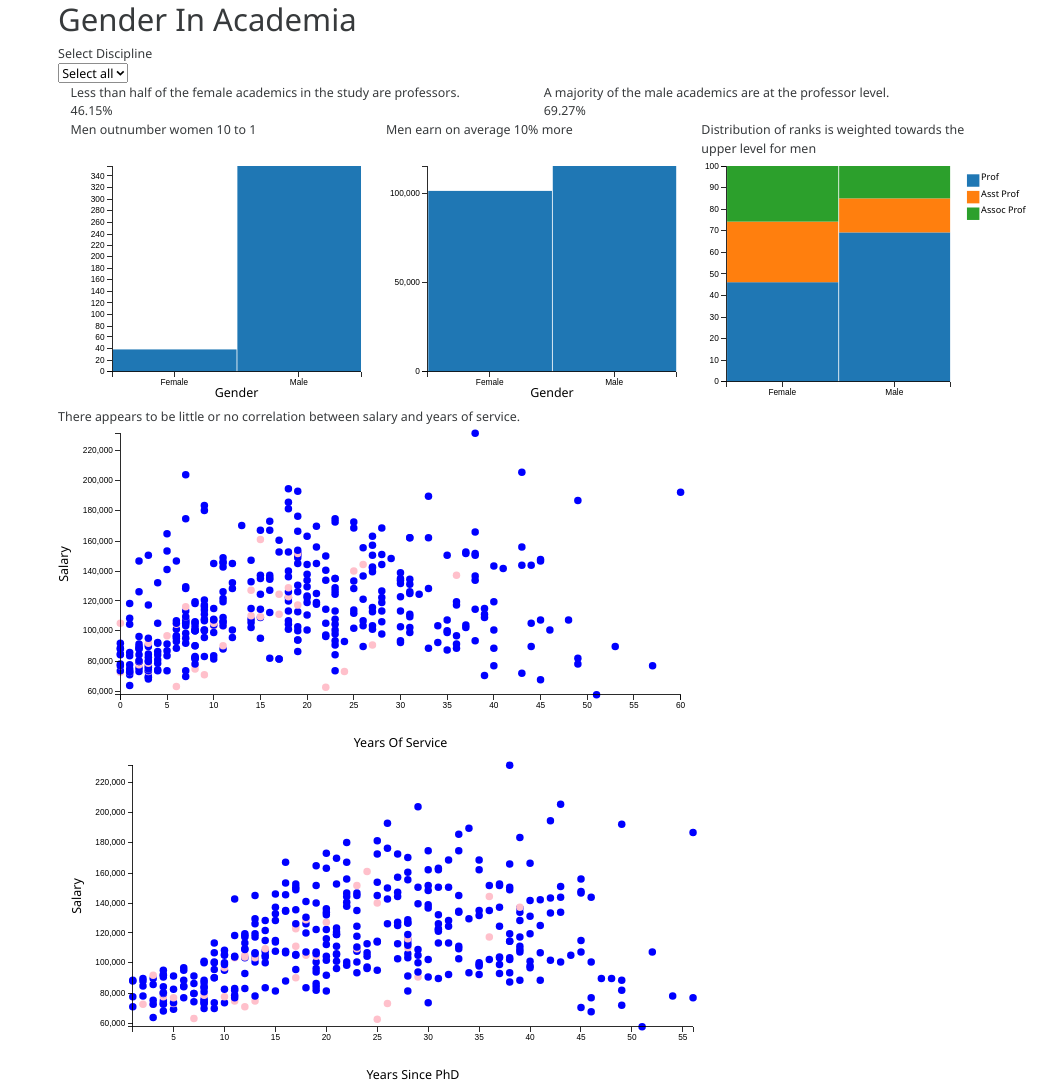
Repository: oliviatatum/dashboard
Page: index.html
The author's editor kept a record of every edit. The page is drawn from the files as they stood at one moment, then again after the next edit.
The browser window is 1280 px wide. The pictures show the whole page, at 83% of full size.

Above is the page before.

After the next edit:
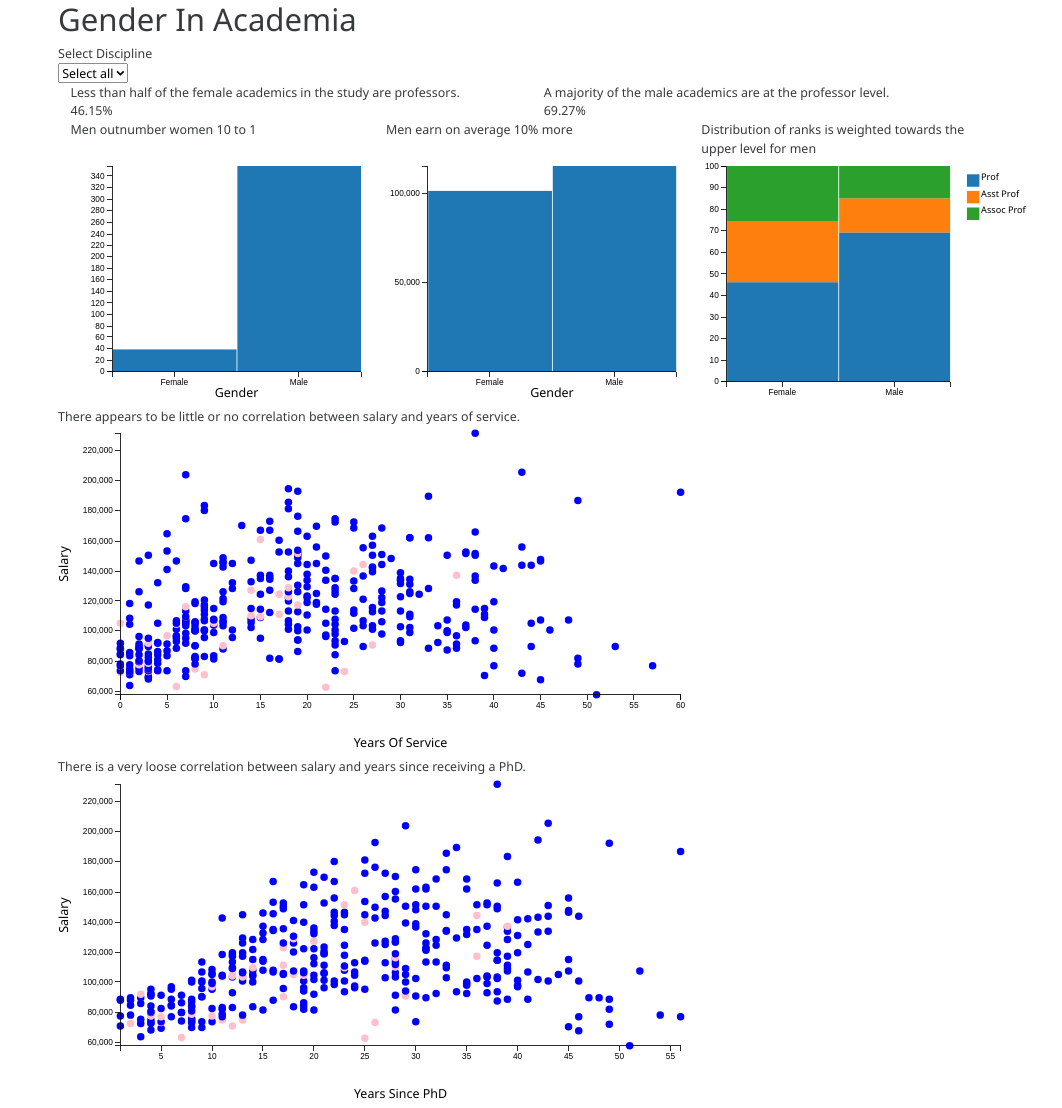
The edit:
--- a/index.html
+++ b/index.html
@@ -62,9 +62,12 @@
             <div class="col-md-offset-2" id="service-salary"></div>
         </div>
 
-
-        <div id="phd-salary"></div>
-
+       <div class="row">
+           <div class="col-md-offset-2">There is a very loose correlation between salary and years since receiving a PhD.</div>
+       </div>
+        <div class="row">
+            <div class="col-md-offset-2" id="phd-salary"></div>
+        </div>
     </div>
 
 </body>
